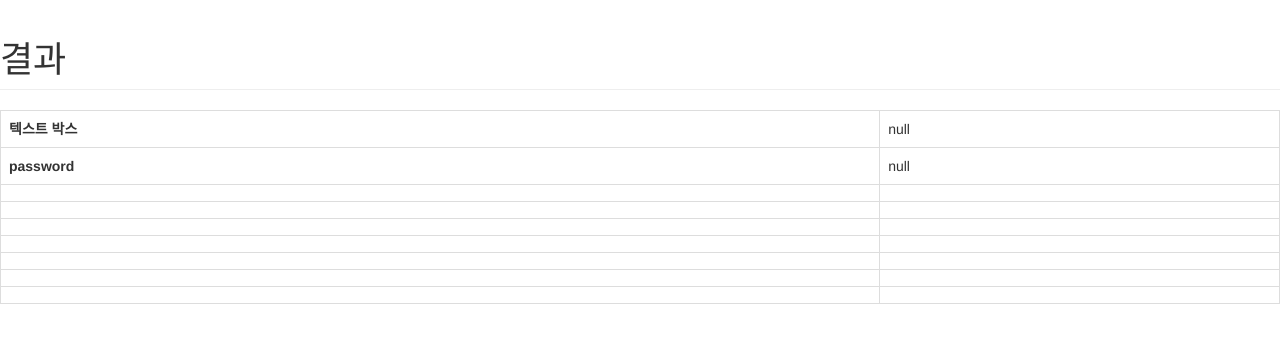
Repository: Hwang-97/HhwDesktop
Page: http://localhost/jspTest/ex04ok.jsp
The author's editor kept a copy of each file at every save. The page is drawn from the files as they stood at one save, then again after the next save.
The browser window is 1280 px wide. The pictures show the whole page.
The page is served by Tomcat 9.

Above is the page before, as saved 2022-01-06 05:07:36.

After the next save:
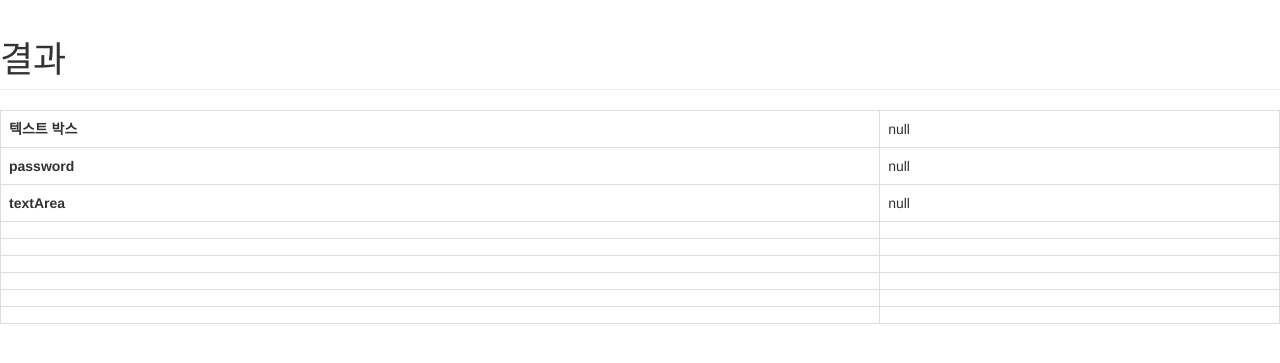
Saved 115 s later.
--- a/server/jspTest/src/main/webapp/ex04ok.jsp
+++ b/server/jspTest/src/main/webapp/ex04ok.jsp
@@ -5,6 +5,7 @@
 	request.setCharacterEncoding("UTF-8");
 	String txt1 = request.getParameter("txt1");
 	String pass = request.getParameter("pass");
+	String textArea = request.getParameter("txtArea");
 
 %>
 <!DOCTYPE html>
@@ -28,8 +29,8 @@
 					<td><%=pass %></td>
 				</tr>
 				<tr>
-					<th></th>
-					<td></td>
+					<th>textArea</th>
+					<td><%=textArea %></td>
 				</tr>
 				<tr>
 					<th></th>
